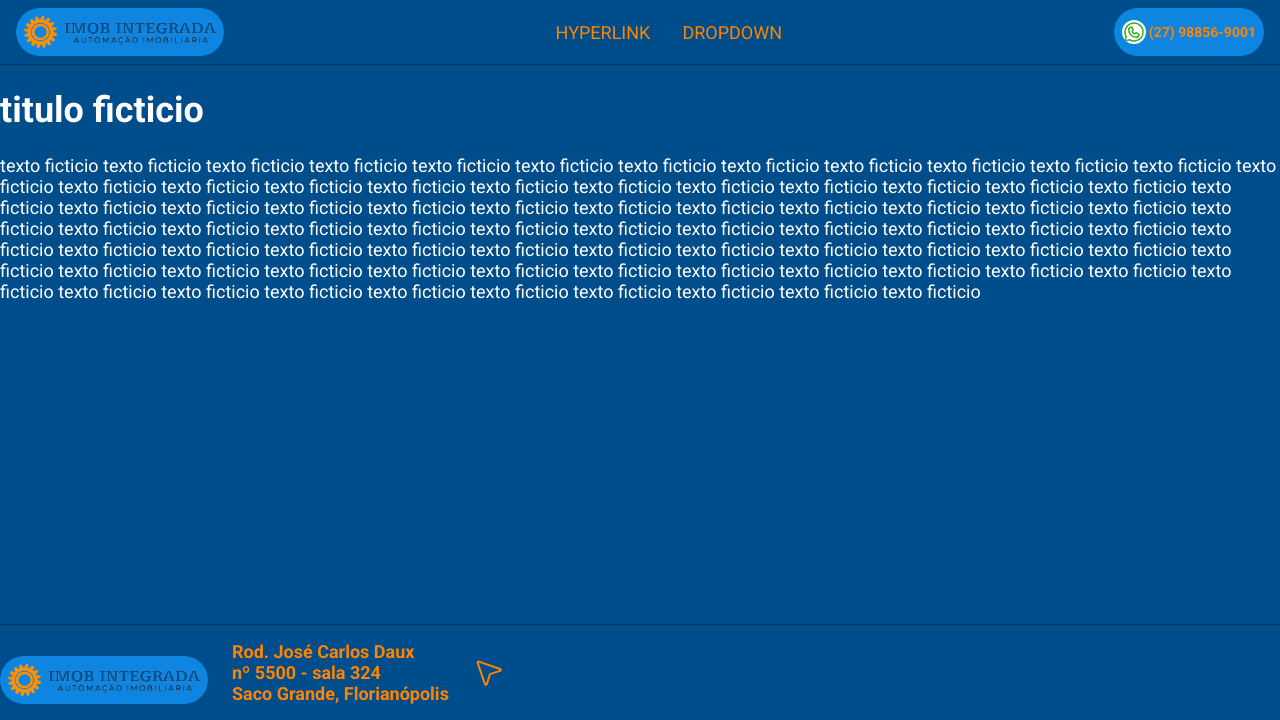
Repository: K0slov/testeAPI
Page: /
These files come from the project's save history. The page is drawn as it stood at one moment and after the next save; the edit follows.
The browser window is 1280 px wide. The pictures show the whole page.
The project was rebuilt for these pictures with package versions that can differ from the ones it lists, and the page was loaded fresh each time. Also part of the build but not shown: vite.config.ts, src/components/SelectBar/styles.css, src/components/SelectBar/selectBar.tsx.

Above is the page before, as saved 2022-06-28 17:02:57.

After the next save:
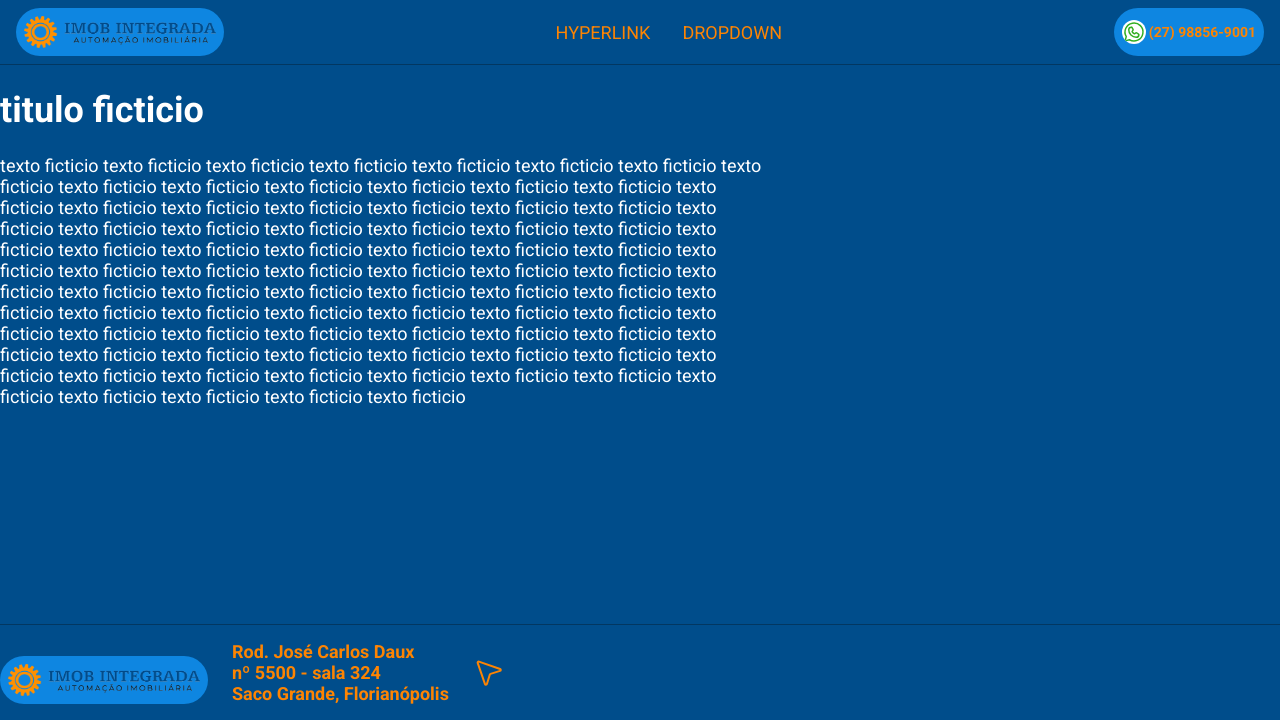
Saved 20 s later.
--- a/src/components/Conteudo/conteudo.tsx
+++ b/src/components/Conteudo/conteudo.tsx
@@ -1,3 +1,5 @@
+import './style.css'
+
 export function Conteudo() {
     return (
         <div className="caixa">
